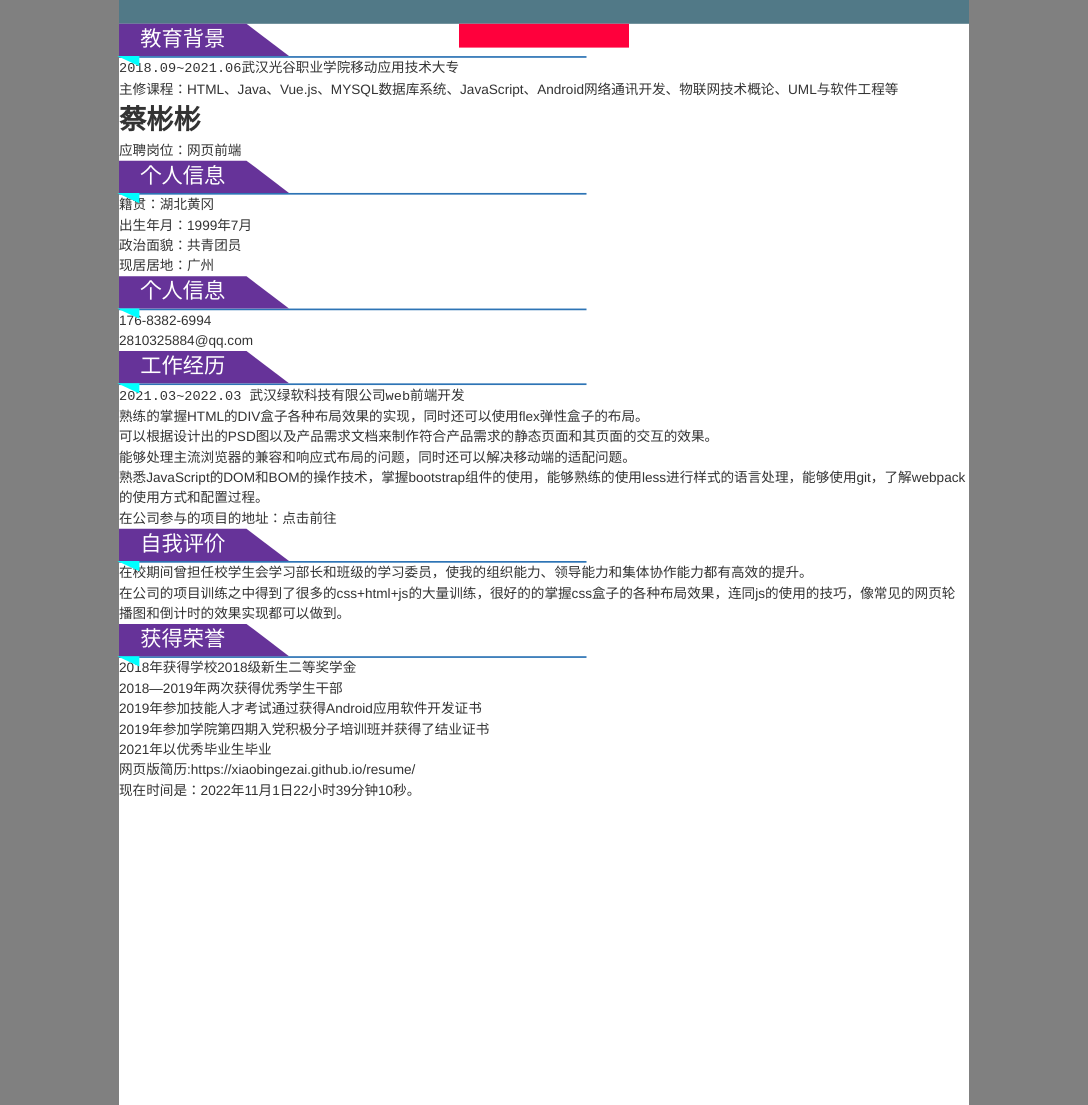
Repository: xiaobingezai/resume
Page: index.html
The author's editor kept a copy of each file at every save. The page is drawn from the files as they stood at one save, then again after the next save.
The browser window is 1280 px wide. The pictures show the whole page, at 85% of full size.

Above is the page before, as saved 2022-11-02 21:12:56.

After the next save:
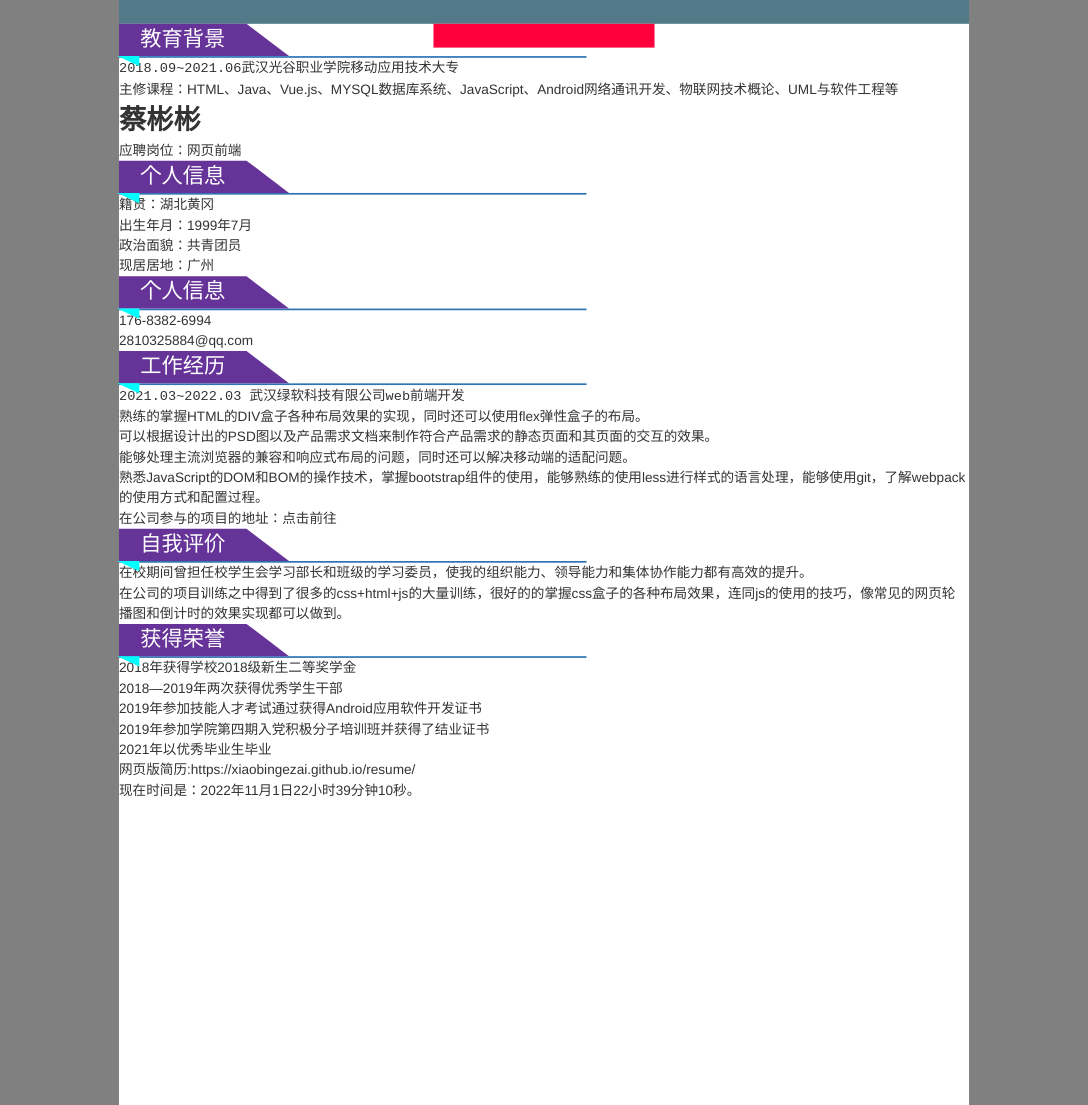
Saved 8 s later.
--- a/css/index.css
+++ b/css/index.css
@@ -134,7 +134,7 @@ body{
 }
 #zhengTi::before {
     content: '';
-    width: 200px;
+    width: 260px;
     height: 28px;
     background-color: rgb(255, 0, 60);
     position: absolute;
